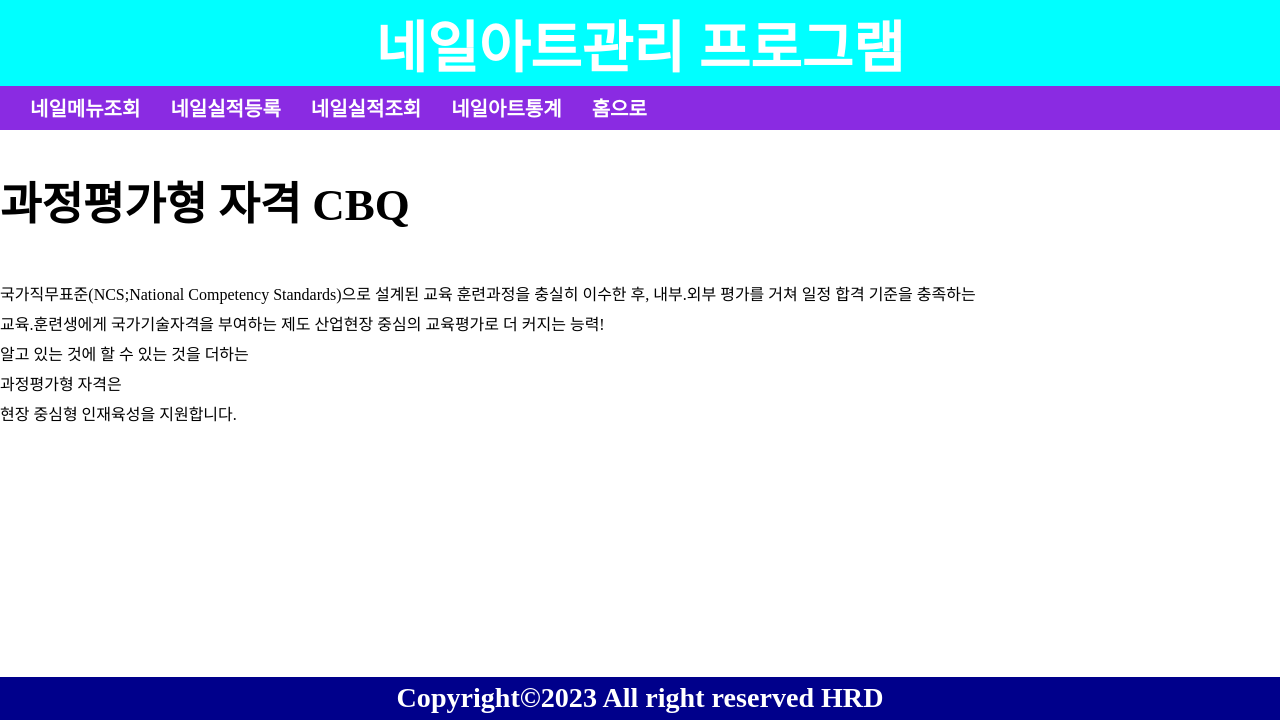
Repository: balhyo-younjisang/DigitechJSP
Page: http://localhost/NailArt/menu.jsp
An editor plug-in stored every save of this project. The page is shown before and after the next save, followed by the edit.
The browser window is 1280 px wide. The pictures show the whole page.
The page is served by Tomcat 9.

Above is the page before, as saved 2025-04-14 08:38:48.

After the next save:
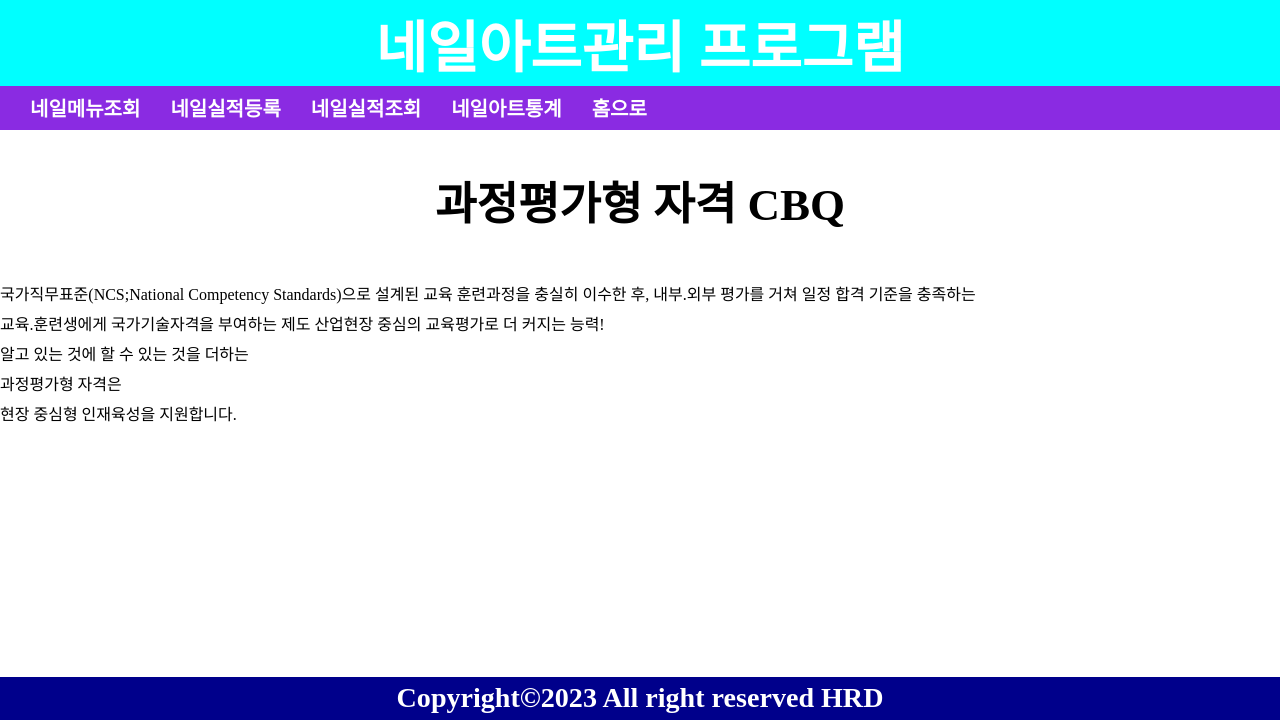
Saved 17 s later.
--- a/pizza0403/NailArt/src/main/webapp/menu.jsp
+++ b/pizza0403/NailArt/src/main/webapp/menu.jsp
@@ -11,7 +11,7 @@
 	<%@ include file="./component/header.jsp" %>
 	<main>
 		<section class="title">
-			<h2>과정평가형 자격 CBQ</h2>
+			<h2 style="text-align: center">과정평가형 자격 CBQ</h2>
 		</section>
 		<section class="content">
 			<p>국가직무표준(NCS;National Competency Standards)으로 설계된 교육 훈련과정을 충실히 이수한 후, 내부.외부 평가를 거쳐 일정 합격 기준을 충족하는 <br/> 교육.훈련생에게 국가기술자격을 부여하는 제도 산업현장 중심의 교육평가로 더 커지는 능력!</p>
